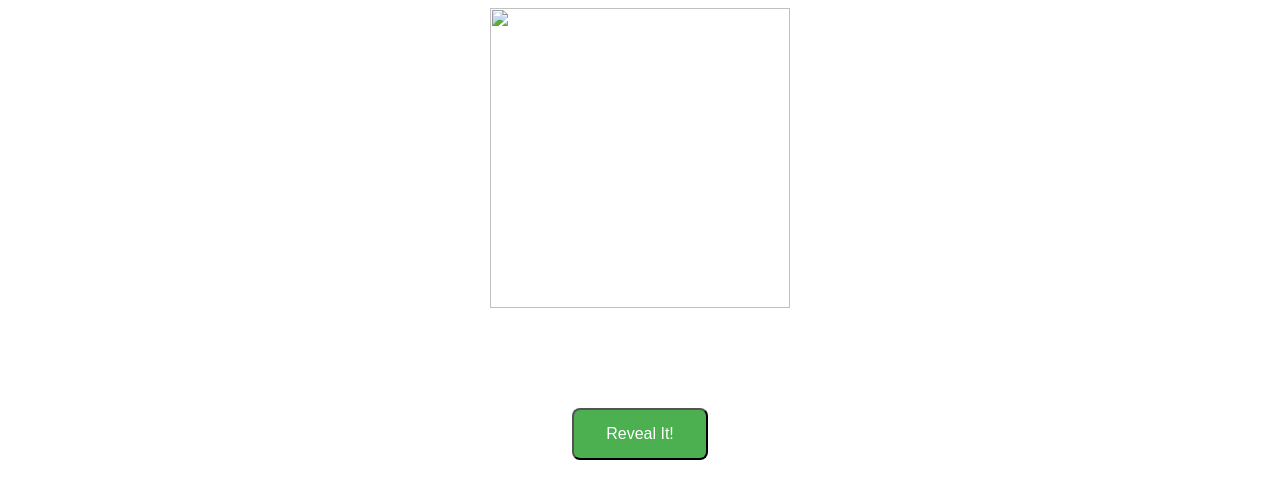
Repository: konstantin0s/lab-javascript-clue
Page: src/index.html
The author's editor kept a copy of each file at every save. The page is drawn from the files as they stood at one save, then again after the next save.
The browser window is 1280 px wide. The pictures show the whole page.

Above is the page before, as saved 2019-02-01 12:08:45.

After the next save:
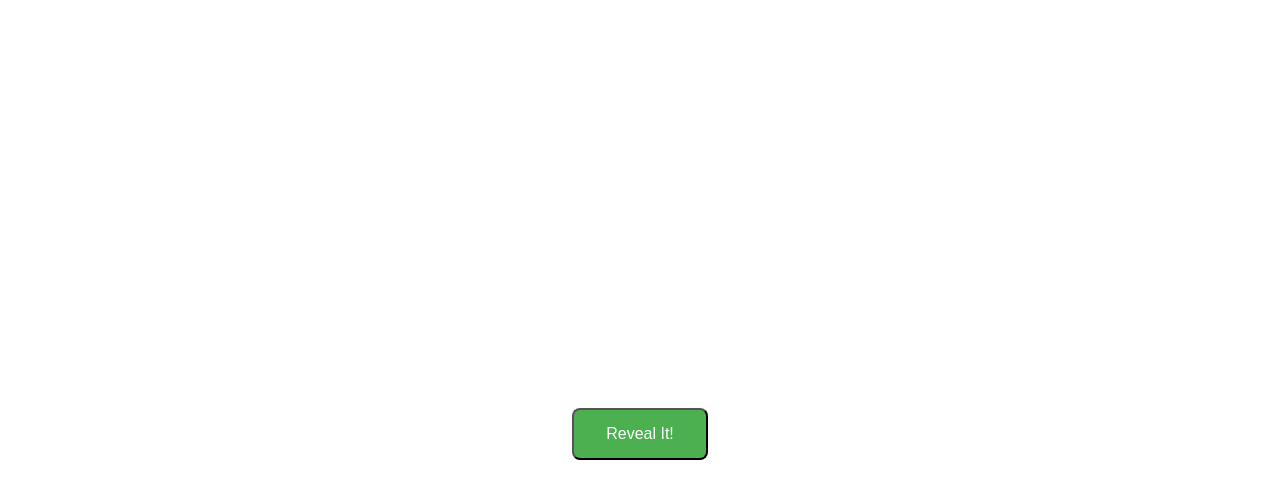
Saved 9 min 11 s later.
--- a/src/clue.js
+++ b/src/clue.js
@@ -200,14 +200,16 @@
 // game.init("oreO", "pistol", 1, "bedroom");
 // console.log(game);
 
+   document.getElementById("murderer").style.visibility = "hidden";
 
 function showMistery(mystery) {
     var mystery = pickMystery(charactersArray, weapons, rooms);
     var charImg = mystery.murderer.image;
+    document.getElementById("murderer").style.visibility = "visible";
     var img = document.getElementById("murderer").setAttribute("src", charImg);
-    // " killed Mr.Body in the "
+
     var ranRoom = document.getElementsByClassName("room")[0].innerHTML = mystery.room.name;
-    //  + " with a " + " " +
+
     var ranWeapon = document.getElementById("weapon").innerHTML = mystery.weapon.name;
 
     var randomButton = img + " killed Mr.Body in the " + ranRoom + " with a " + ranWeapon;
@@ -217,6 +219,6 @@
 
 
 
-document.getElementById("button").addEventListener("click", function(){
+  document.getElementById("button").addEventListener("click", function(){
   document.getElementById("output").innerHTML = showMistery();
 });
